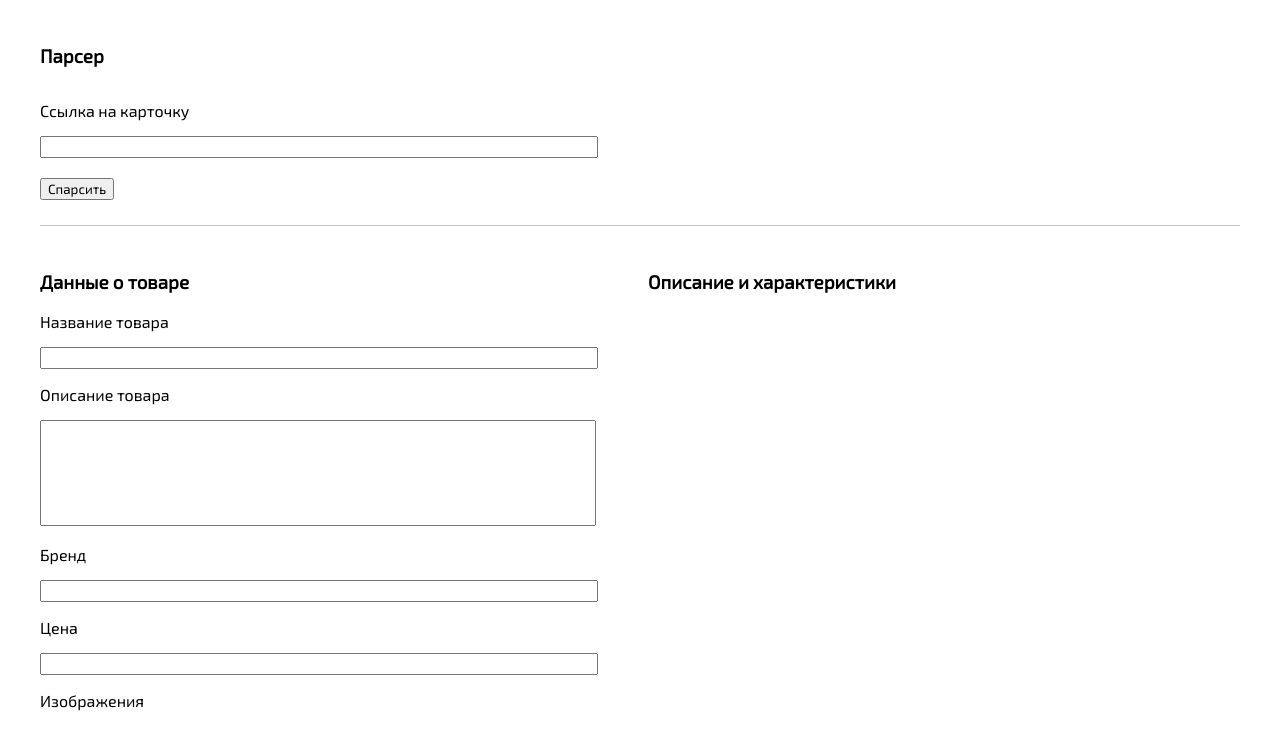
Repository: yozuul/wildberries-product-card-parser-api-exchange
Page: public/index.html
These files come from the project's save history. The page is drawn as it stood at one moment and after the next save; the edit follows.
The browser window is 1280 px wide. The pictures show the whole page.

Above is the page before, as saved 2021-08-18 18:34:41.

### public/index.html
<!DOCTYPE html>
<html lang="en">

<head>
   <meta charset="UTF-8">
   <meta http-equiv="X-UA-Compatible" content="IE=edge">
   <meta name="viewport" content="width=device-width, initial-scale=1.0">
   <title>Document</title>
   <link rel="stylesheet" href="style.css">
</head>

<body>
   <div class="parseFormWrapper">
      <div class="parseForm">
         <h3>Парсер</h3>
         <form name="parseForm">
            <p>Ссылка на карточку</p>
            <input type="text" id="cardURL">
            <button id="parseData">Спарсить</button>
         </form>
      </div>
   </div>
   <form class="productFormWrapper">
      <div class="productFormWrapperLeft productForm">
            <h3>Данные о товаре</h3>
            <div class="inputWrapper">
               <p>Название товара</p>
               <input type="text" name="productName" id="productName">
            </div>
            <div class="inputWrapper">
               <p>Описание товара</p>
               <textarea name="productDesc" id="productDesc"></textarea>
            </div>
            <div class="inputWrapper">
               <p>Бренд</p>
               <input type="text" name="productBrand" id="productBrand">
            </div>
            <div class="inputWrapper">
               <p>Цена</p>
               <input type="text" name="productPrice" id="productPrice">
            </div>
            <div class="inputWrapper">
               <p>Изображения</p>
            </div>
      </div>
      <div class="productFormWrapperRight productForm">
         <h3>Описание и характеристики</h3>
      </div>
   </form>
   <script src="index.js"></script>
</body>

</html>

### public/style.css
@import url('https://fonts.googleapis.com/css2?family=Exo+2&display=swap');

* {
   font-family: 'Exo 2', sans-serif;
}

body {
   padding: 0;
   margin: 0;
}
.productFormWrapper, .parseFormWrapper {
   max-width: 1200px;
   margin: auto;
   padding-top: 25px;
   padding-bottom: 25px;
}
.parseFormWrapper {
   border-bottom: 1px solid #9999;
}
.productFormWrapper {
   display: flex;
}
.productFormWrapperLeft {
   margin-right: 50px;
}
.parseForm {
   display: flex;
   flex-wrap: wrap;
   max-width: 550px;
}
.parseForm input {
   width: 550px;
   margin-bottom: 20px;
}
.productForm {
}
.productForm input, .productForm textarea {
   width: 550px;
}
.productForm textarea {
   height: 100px;
   resize: none;
}
.formWrapper p {
   margin-bottom: 0;
   margin-top: 0;
}
.inputWrapper {
   margin-bottom: 10px;
}

Loaded but not shown: index.js (no copy from this time; the picture is the same without it)

After the next save:
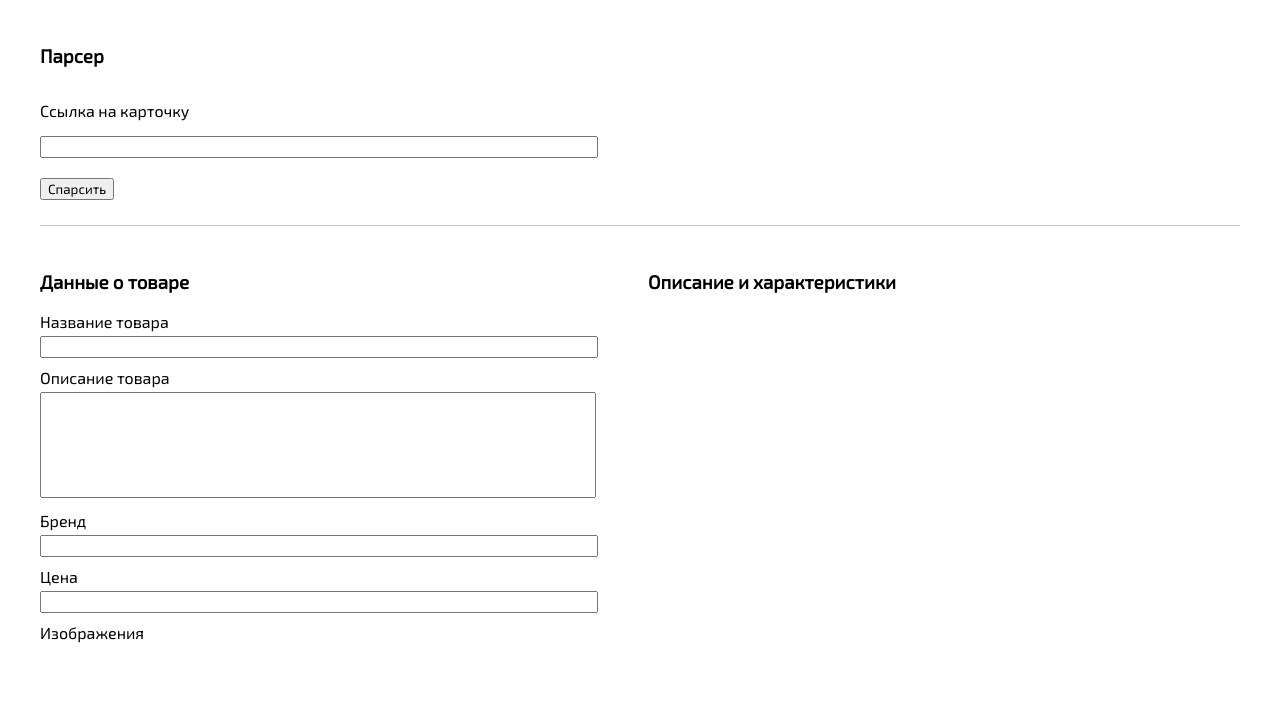
Saved 8 s later.
--- a/public/style.css
+++ b/public/style.css
@@ -41,8 +41,8 @@ body {
    height: 100px;
    resize: none;
 }
-.formWrapper p {
-   margin-bottom: 0;
+.productForm p {
+   margin-bottom: 5px;
    margin-top: 0;
 }
 .inputWrapper {
